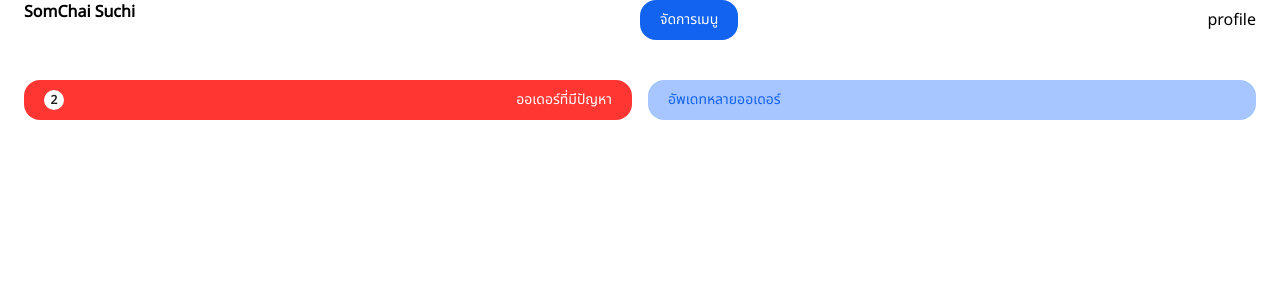
Repository: Pingping1004/food-ordering
Page: / (app in frontend/)
An editor plug-in stored every save of this project. The page is shown before and after the next save, followed by the edit.
The browser window is 1280 px wide. The pictures show the whole page.
The project was rebuilt for these pictures with package versions that can differ from the ones it lists, and the page was loaded fresh each time. The framework's server and built-in components were replaced by stand-ins that run in the browser. Also part of the build but not shown: frontend/next.config.ts.

Above is the page before, as saved 2025-06-04 05:26:54.

After the next save:
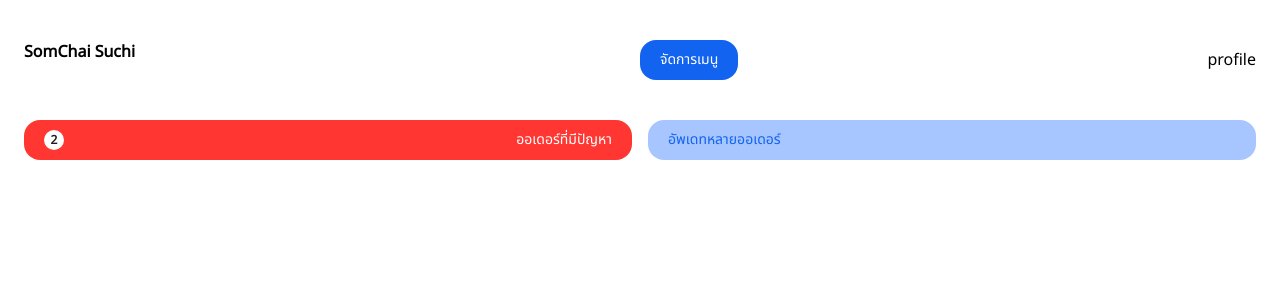
Saved 36 s later.
--- a/frontend/src/app/page.tsx
+++ b/frontend/src/app/page.tsx
@@ -4,7 +4,7 @@ import { NumberIssued } from "@/components/NumberIssue";
 
 export default function CookerHomePage() {
   return (
-    <div>
+    <div className="py-10">
       <CookerHeader />
       <section className="grid grid-cols-2 px-6 py-10 gap-4">
         <Button
